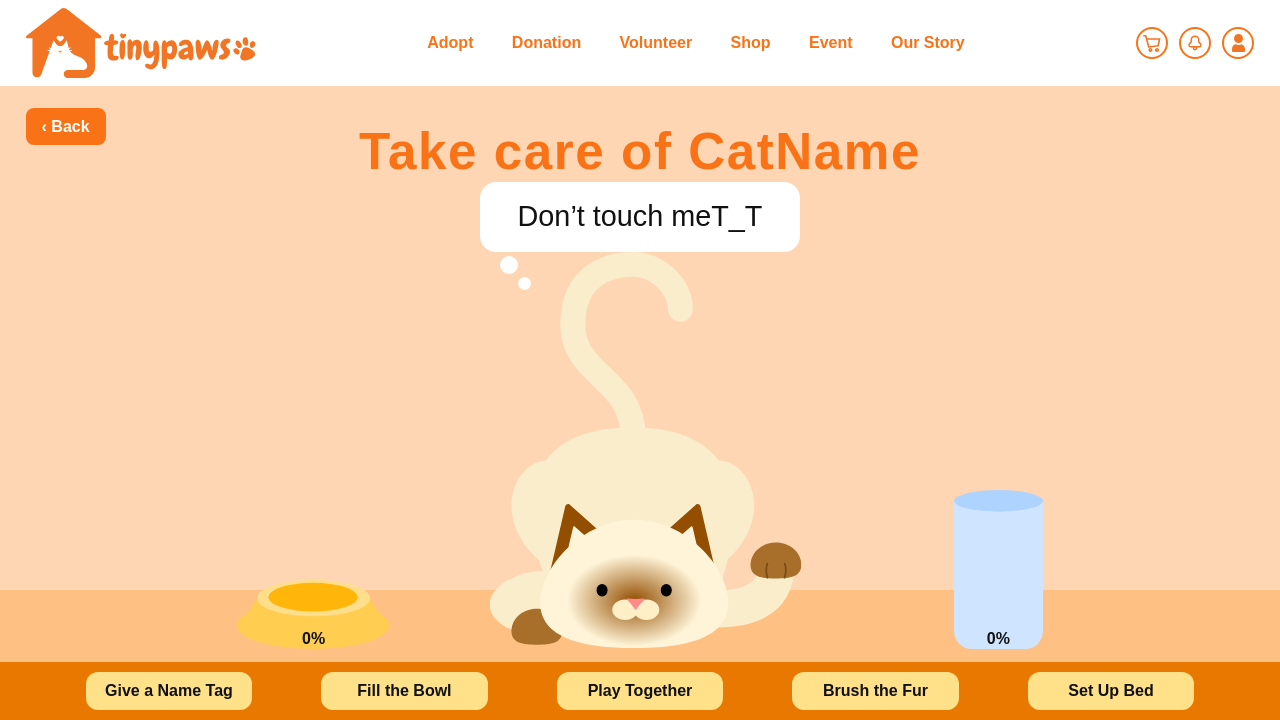
Repository: LShuyanLi/TinyPaws
Page: /, after clicking the first element matching `div > div`
The author's editor kept a copy of each file at every save. The page is drawn from the files as they stood at one save, then again after the next save.
The browser window is 1280 px wide. The pictures show the whole page.
The project was rebuilt for these pictures with package versions that can differ from the ones it lists, and the page was loaded fresh each time. The framework's server and built-in components were replaced by stand-ins that run in the browser. Also part of the build but not shown: next.config.mjs.

Above is the page before, as saved 2026-05-09 23:45:41.

After the next save:
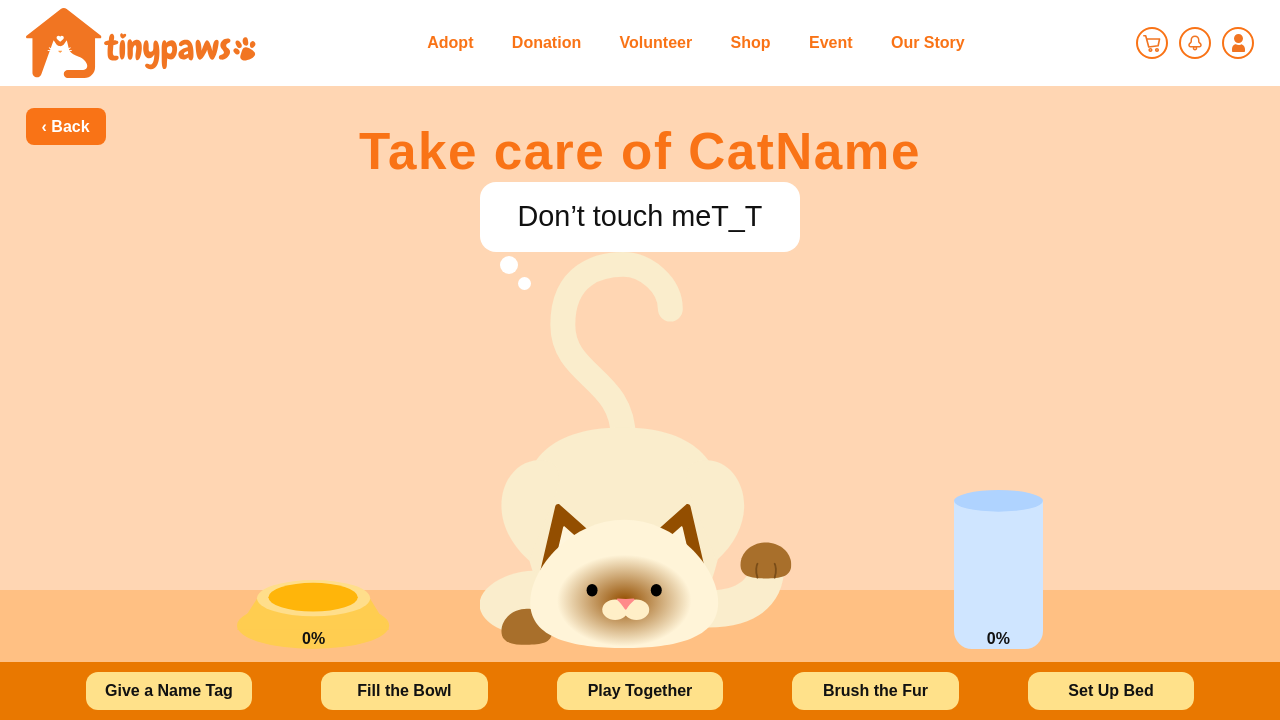
Saved 6 s later.
--- a/components/shared/CatDisplay.jsx
+++ b/components/shared/CatDisplay.jsx
@@ -13,7 +13,7 @@ export default function CatDisplay({
     objectFit: "contain",
     position: "absolute",
     bottom: "0px",
-    left: "220px",
+    left: "210px",
   };
 
   if (featherActive) {
